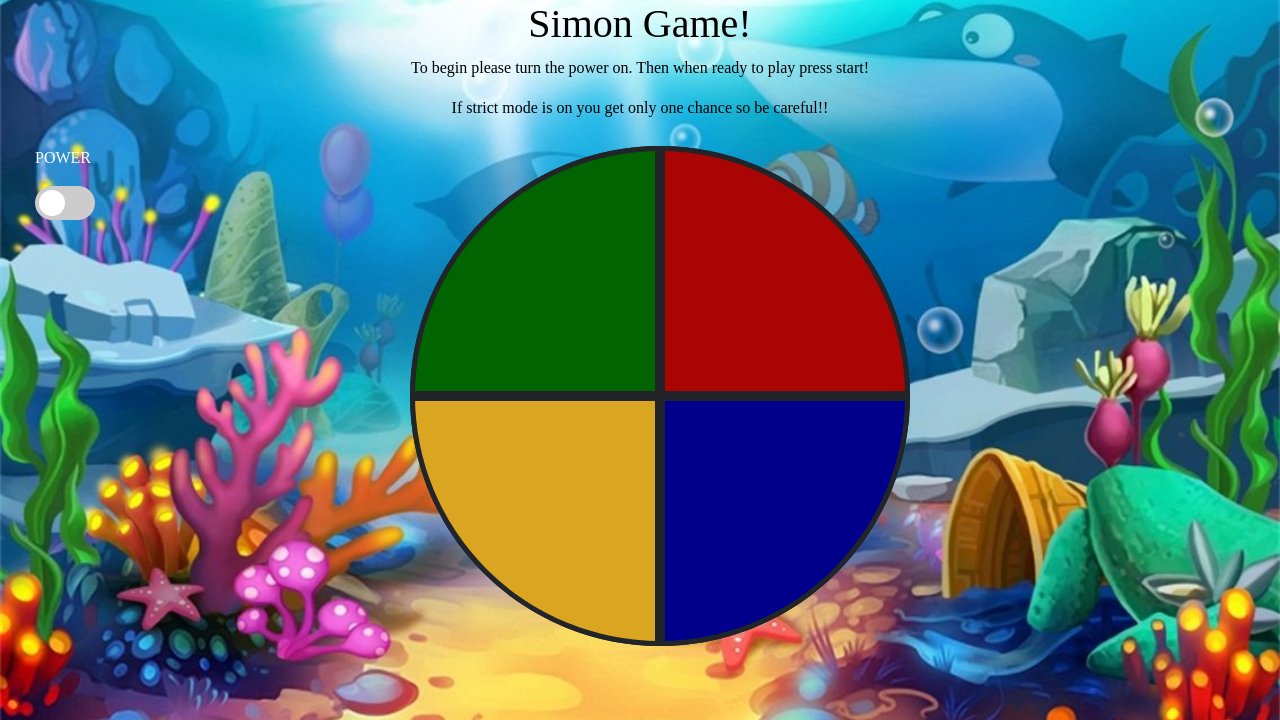
Repository: chrisoc19/SimonSays
Page: index.html
The author's editor kept a record of every edit. The page is drawn from the files as they stood at one moment, then again after the next edit.
The browser window is 1280 px wide. The pictures show the whole page.
Some web fonts or font styles are not loaded; a fallback is used.

Above is the page before.

### index.html
<!DOCTYPE html>
<html>
<html lang="en">

<head>
  <meta charset="UTF-8">
  <title>Simon Game</title>
  <meta name="viewport" content="width=device-width, initial-scale=1">
  <link href='https://fonts.googleapis.com/css?family=Original+Surfer&effect=emboss' rel='stylesheet' type='text/css'>
  <link rel="stylesheet" href="css/style.css">
  <link rel="stylesheet" href="https://stackpath.bootstrapcdn.com/bootstrap/4.3.1/css/bootstrap.min.css" integrity="sha384-ggOyR0iXCbMQv3Xipma34MD+dH/1fQ784/j6cY/iJTQUOhcWr7x9JvoRxT2MZw1T" crossorigin="anonymous">
  <script src="https://ajax.googleapis.com/ajax/libs/jquery/3.4.1/jquery.min.js"></script>
</head>

<body>


  <div class="container-fluid">
    <div class="row">
      <div class="col text text-box">
        <h1>Simon Game!</h1>
        <p>To begin please turn the power on. Then when ready to play press start! </p>
        <p>If strict mode is on you get only one chance so be careful!!</p>
      </div>

    </div>


    <div class="row">
      <div class="col-sm-2 switches-wrapper">
        <div class="switches">

          <p class="newButtons">POWER</p>
          <label class="switch">
  <input type="checkbox" class="switch" id="on">
  <span class="slider round"></span>
</label>

          <div  class="remove d-none">

            <div id="turn"></div>
            <div class="text2">
              COUNT
            </div>


            <div class="button-container">
              <button class="button" id="start">Start</button>
            </div>


            <p class="newButtons ">STRICT</p>
            <label class="switch">
  <input type="checkbox" class="switch " id="strict">
  <span class="slider round"></span>
</label>

          </div>

        </div>

      </div>
      <div class="col-sm-8">
        <div class="circle">
          <div id="topleft"></div>
          <div id="topright"></div>
          <div id="bottomleft"></div>
          <div id="bottomright"></div>
        </div>
      </div>

    </div>
  </div>










  <script src="js/index.js"></script>

</body>

</html>

### css/style.css

body {
  padding-bottom: 20px;
  background-image: url("../img/sea.2.jpg");
  background-position: center;
  background-repeat: no-repeat;
  background-size: cover;

}

/* -----------------------------------------------------Simon game Text */

.text {
  font-family: 'Original Surfer', cursive;

  text-align: center;
  color: black;
}

.text-box {
  margin-bottom: 10px;
  background-color: rgba(0, 123, 255, 0);
}

.newButtons{
  font-family: 'Original Surfer', cursive;

  width: 65px;
  color: white;
}



.switches-wrapper {
  margin-left: 20px;
   background-color: rgba(0, 123, 255, 0);
}





/* The switch - the box around the slider */

.switch {
  position: relative;
  display: inline-block;
  width: 60px;
  height: 34px;
}

/* Hide default HTML checkbox */

.switch input {
  opacity: 0;
  width: 0;
  height: 0;
}

/* The slider */

.slider {
  position: absolute;
  cursor: pointer;
  top: 0;
  left: 0;
  right: 0;
  bottom: 0;
  background-color: #ccc;
  -webkit-transition: .4s;
  transition: .4s;
}

.slider:before {
  position: absolute;
  content: "";
  height: 26px;
  width: 26px;
  left: 4px;
  bottom: 4px;
  background-color: white;
  -webkit-transition: .4s;
  transition: .4s;
}

input:checked+.slider {
  background-color: #2196F3;
}

input:focus+.slider {
  box-shadow: 0 0 1px #2196F3;
}

input:checked+.slider:before {
  -webkit-transform: translateX(26px);
  -ms-transform: translateX(26px);
  transform: translateX(26px);
}

/* Rounded sliders */

.slider.round {
  border-radius: 34px;
}

.slider.round:before {
  border-radius: 50%;
}

.toggle {
  margin-left: 20px;
  margin-right: 20px;
}


.button {
  -webkit-transition-duration: 0.4s;
  /* Safari */
  transition-duration: 0.4s;
 font-family:  'Original Surfer', cursive;
}

.button:hover {
  background-color: #4CAF50;
  /* Green */
  color: white;
}

.button-container {
  margin-bottom: 10px;

}



.text2 {
  position: absolute;
  font-family: 'Original Surfer', cursive;
  margin-top: 170px;
  margin-bottom: 50px;
  margin-right: 100px;
}



#title {
  font-family: 'Original Surfer', cursive;
  font-size: 40px;
  text-align: center;

}



#turn {
  position: absolute;
  background: rgba(0,123,255,.5);
  /*background: #330000;*/
  color: red;
  font-family: courier;
  font-size: 20px;
  height: 30px;
  width: 50px;

  margin-top: 130px;
  margin-left: 5px;
  text-align: center;

  line-height: 30px;
}

/*------------------------------------------------- circle */

.circle {

  background: #385a94;
  border-radius: 50%;
  height: 500px;
  width: 500px;
  position: relative;
  border-style: solid;
  border-width: 10px;
  margin: auto;


}

#topleft {
  position: absolute;
  height: 250px;
  width: 250px;
  border-radius: 250px 0 0 0;
  -moz-border-radius: 250px 0 0 0;
  -webkit-border-radius: 250px 0 0 0;
  background: darkgreen;
  top: 50%;
  left: 50%;
  margin: -250px 0px 0px -250px;
  border-style: solid;
  border-width: 5px;
  box-sizing: border-box;
  -moz-box-sizing: border-box;
  -webkit-box-sizing: border-box;
}

#topright {
  position: absolute;
  height: 250px;
  width: 250px;
  border-radius: 0 250px 0 0;
  -moz-border-radius: 0 250px 0 0;
  -webkit-border-radius: 0 250px 0 0;
  background: #a90505;
  top: 50%;
  left: 50%;
  margin: -250px 0px 0px 0px;
  border-style: solid;
  border-width: 5px;
  box-sizing: border-box;
  -moz-box-sizing: border-box;
  -webkit-box-sizing: border-box;
}

#bottomleft {
  position: absolute;
  height: 250px;
  width: 250px;
  border-radius: 0 0 0 250px;
  -moz-border-radius: 0 0 0 250px;
  -webkit-border-radius: 0 0 0 250px;
  background: goldenrod;
  top: 50%;
  left: 50%;
  margin: 0px -250px 0px -250px;
  border-style: solid;
  border-width: 5px;
  box-sizing: border-box;
  -moz-box-sizing: border-box;
  -webkit-box-sizing: border-box;
}

#bottomright {
  position: absolute;
  height: 250px;
  width: 250px;
  border-radius: 0 0 250px 0;
  -moz-border-radius: 0 0 250px 0;
  -webkit-border-radius: 0 0 250px 0;
  background: darkblue;
  top: 50%;
  left: 50%;
  margin: 0px 0px -250px 0px;
  border-style: solid;
  border-width: 5px;
  box-sizing: border-box;
  -moz-box-sizing: border-box;
  -webkit-box-sizing: border-box;
}

### js/index.js
let order = [];
let playerOrder = [];
let flash;
let turn;
let good;
let compTurn;
let intervalId;
let strict = false;
let start = false;
let noise = true;
let on = false;
let win;

let oneNoise = new Audio('sounds/drop.mp3');
let twoNoise = new Audio('sounds/pop.mp3');
let threeNoise = new Audio('sounds/seagull.ogg');
let fourNoise = new Audio('sounds/radar.wav');
let startNoise = new Audio('sounds/startSound.ogg');
let offNoise = new Audio('sounds/off.ogg');
let winNoise = new Audio('sounds/winSound.wav');
let strictNoise = new Audio('sounds/b1.wav');


const turnCounter = document.querySelector("#turn");
const topLeft = document.querySelector("#topleft");
const topRight = document.querySelector("#topright");
const bottomLeft = document.querySelector("#bottomleft");
const bottomRight = document.querySelector("#bottomright");
const strictButton = document.querySelector("#strict");
const onButton = document.querySelector("#on");
const startButton = document.querySelector("#start");



//--------------------------------------------------------------- onButton

$('#on').click(function() {
    $('.remove').removeClass('d-none');
    $('.add').addClass('d-none');
})

onButton.addEventListener('click', (event) => {
    if (onButton.checked == true) {
        on = true;
        turnCounter.innerHTML = "-";
        startSound();
        flashColor();
        setTimeout(() => {
            clearColor();
        }, 800);
    }
    else {
        on = false;
        turnCounter.innerHTML = "Bye";
        setTimeout(() => {
            turnCounter.innerHTML = "";
        }, 1000);
        clearInterval(intervalId);
        off();
        flashColor();
        setTimeout(() => {
            clearColor();
        }, 800);
        setTimeout(() => {
            document.location.reload(true);
        }, 200);

    }

});

function startSound() {
    if (noise) {
        startNoise.play();
    }
    noise = true;

}

function off() {
    if (noise) {
        offNoise.play();
    }
    noise = true;

}
//---------------------------------------------------------------startButton
startButton.addEventListener('click', (event) => {
    if (on || win) {
        play();
        start = true;
    }
    if (onButton.checked == false) {
        startButton = 'unclick';
        start = false;

    }

});

//--------------------------------------------------------------- strictButton


strictButton.addEventListener('change', (event) => {
    if (onButton.checked == false) {
        document.getElementById("#strict").disabled = true;

    }
    if (strictButton.checked == true) {
        strict = true;
        strictSound();
        clearInterval(intervalId);
        turnCounter.innerHTML = "-";
        flashColor();
        setTimeout(() => {
            clearColor();
        }, 800);

    }
    else {
        strict = false;
        strictSound();
        clearInterval(intervalId);
        turnCounter.innerHTML = "-";
        flashColor();
        setTimeout(() => {
            clearColor();
        }, 800);

    }
});

function strictSound() {
    if (noise) {
        strictNoise.play();
    }
    noise = true;

}
//---------------------------------------------------------------play()
function play() {
    win = false;
    order = [];
    playerOrder = [];
    flash = 0;
    intervalId = 0;
    turn = 1;
    turnCounter.innerHTML = 1;
    good = true;
    for (var i = 0; i < 20; i++) {
        order.push(Math.floor(Math.random() * 4) + 1);
    }
    compTurn = true;

    intervalId = setInterval(gameTurn, 800);
}
//---------------------------------------------------------------GameTurn  ()
function gameTurn() {
    on = false;

    if (flash == turn) {
        clearInterval(intervalId);
        compTurn = false;
        clearColor();
        on = true;
    }

    if (compTurn) {
        clearColor();
        setTimeout(() => {
            if (order[flash] == 1) one();
            if (order[flash] == 2) two();
            if (order[flash] == 3) three();
            if (order[flash] == 4) four();
            flash++;
        }, 200);
    }
}
//--------------------------------------------------------------- Function 1 - 4
function one() {
    if (noise) {
        oneNoise.play();
    }
    noise = true;
    topLeft.style.backgroundColor = "lightgreen";
}

function two() {
    if (noise) {
        twoNoise.play();
    }
    noise = true;
    topRight.style.backgroundColor = "tomato";
}

function three() {
    if (noise) {
        threeNoise.play();
    }
    noise = true;
    bottomLeft.style.backgroundColor = "yellow";
}

function four() {
    if (noise) {
        fourNoise.play();
    }
    noise = true;
    bottomRight.style.backgroundColor = "lightskyblue";
}
//---------------------------------------------------------------clear color
function clearColor() {
    topLeft.style.backgroundColor = "darkgreen";
    topRight.style.backgroundColor = "darkred";
    bottomLeft.style.backgroundColor = "goldenrod";
    bottomRight.style.backgroundColor = "darkblue";
}
//---------------------------------------------------------------  flash Colors
function flashColor() {
    topLeft.style.backgroundColor = "lightgreen";
    topRight.style.backgroundColor = "tomato";
    bottomLeft.style.backgroundColor = "yellow";
    bottomRight.style.backgroundColor = "lightskyblue";
}
//---------------------------------------------------------------Click Events
topLeft.addEventListener('click', (event) => {
    if (on && start) {
        playerOrder.push(1);
        check();
        one();
        if (!win) {
            setTimeout(() => {
                clearColor();
            }, 300);
        }
    }

});

topRight.addEventListener('click', (event) => {
    if (on && start) {
        playerOrder.push(2);
        check();
        two();
        if (!win) {
            setTimeout(() => {
                clearColor();
            }, 300);
        }
    }
});

bottomLeft.addEventListener('click', (event) => {
    if (on && start) {
        playerOrder.push(3);
        check();
        three();
        if (!win) {
            setTimeout(() => {
                clearColor();
            }, 300);
        }
    }

});

bottomRight.addEventListener('click', (event) => {
    if (on && start) {
        playerOrder.push(4);
        check();
        four();
        if (!win) {
            setTimeout(() => {
                clearColor();
            }, 300);
        }
    }
});
//---------------------------------------------------------------Check()
function check() {
    if (playerOrder[playerOrder.length - 1] !== order[playerOrder.length - 1])
        good = false;

    if (playerOrder.length == 3 && good) {
        winGame();
    }
    if (good == false) {
        turnCounter.innerHTML = "NO!";
        setTimeout(() => {
            turnCounter.innerHTML = turn;
            clearColor();

            if (strict) {
                play();
            }
            else {
                compTurn = true;
                flash = 0;
                playerOrder = [];
                good = true;
                intervalId = setInterval(gameTurn, 800);
            }
        }, 800);
        noise = false;
    }
    if (turn == playerOrder.length && good && !win) {
        turn++;
        playerOrder = [];
        compTurn = true;
        flash = 0;
        turnCounter.innerHTML = turn;
        intervalId = setInterval(gameTurn, 800);
    }
}
//---------------------------------------------------------------winGame
function winGame() {
    flashColor();
    winSound();
    turnCounter.innerHTML = "win!";
    on = false;
    win = true;
}

function winSound() {
    if (noise) {
        winNoise.play();
    }
    noise = true;

}

After the next edit:
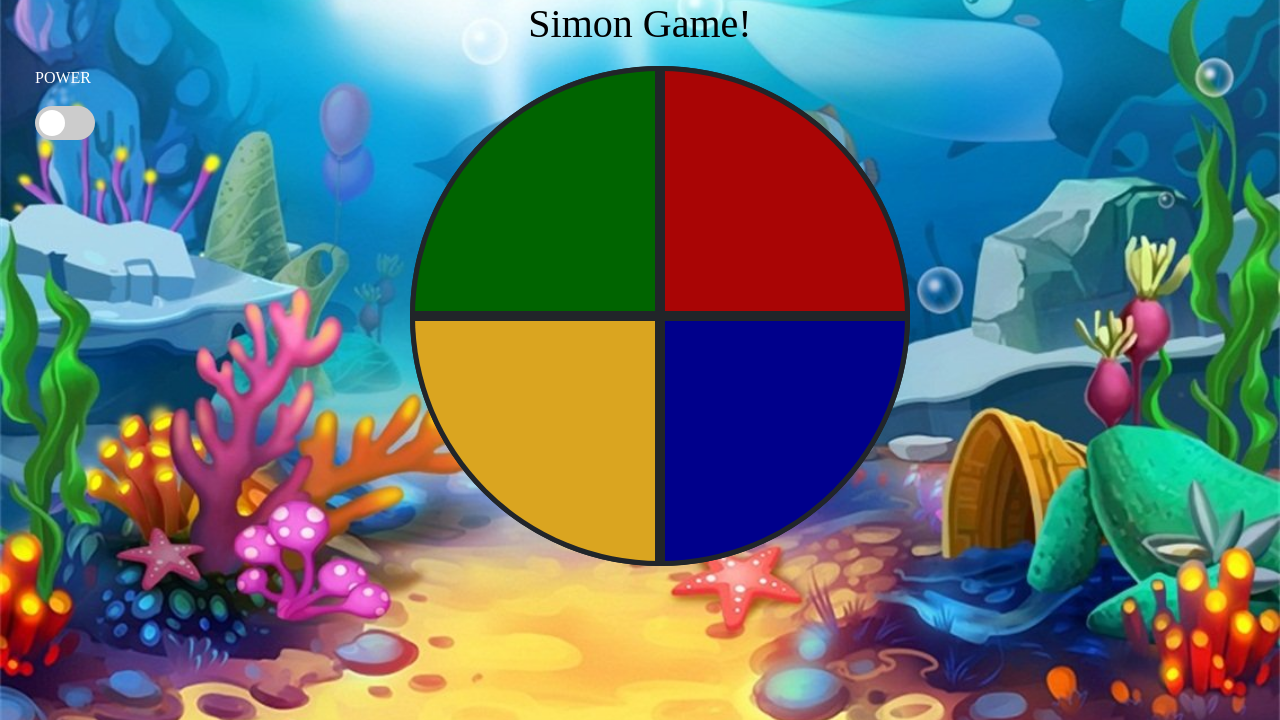
The edit:
--- a/index.html
+++ b/index.html
@@ -19,8 +19,8 @@
     <div class="row">
       <div class="col text text-box">
         <h1>Simon Game!</h1>
-        <p>To begin please turn the power on. Then when ready to play press start! </p>
-        <p>If strict mode is on you get only one chance so be careful!!</p>
+
+
       </div>
 
     </div>
